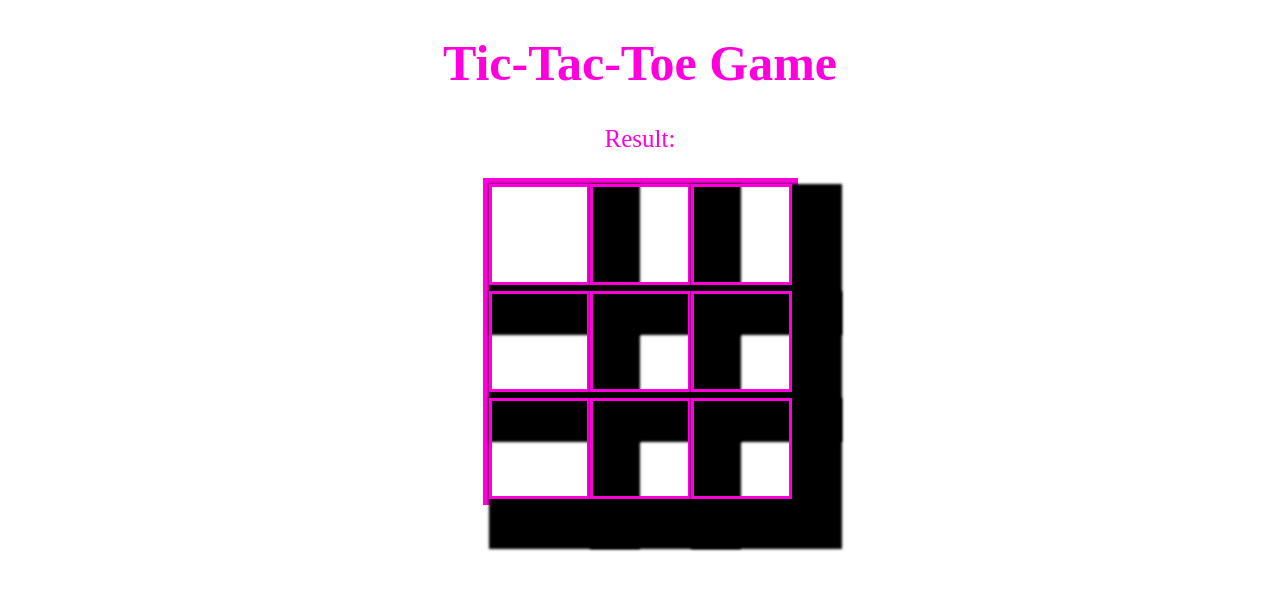
Repository: 0101chaitanya/Tic-Tac-Toe
Page: index.html
These files come from the project's save history. The page is drawn as it stood at one moment and after the next save; the edit follows.
The browser window is 1280 px wide. The pictures show the whole page.

Above is the page before, as saved 2021-06-09 18:04:02.

After the next save:
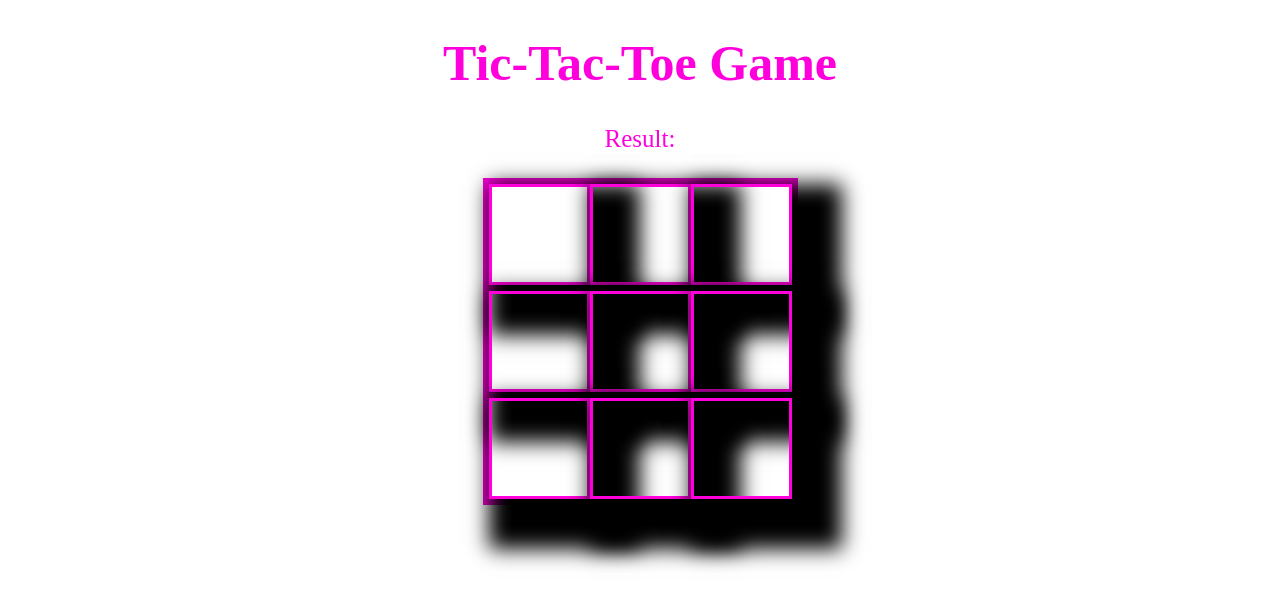
Saved 10 s later.
--- a/styles.css
+++ b/styles.css
@@ -44,5 +44,5 @@
     border-style: solid;
     width:3.8rem;
     height:3.8rem;
-box-shadow: 1rem 1rem 0.1rem 1rem black;
+box-shadow: 1rem 1rem 0.8rem 1rem black;
 }
